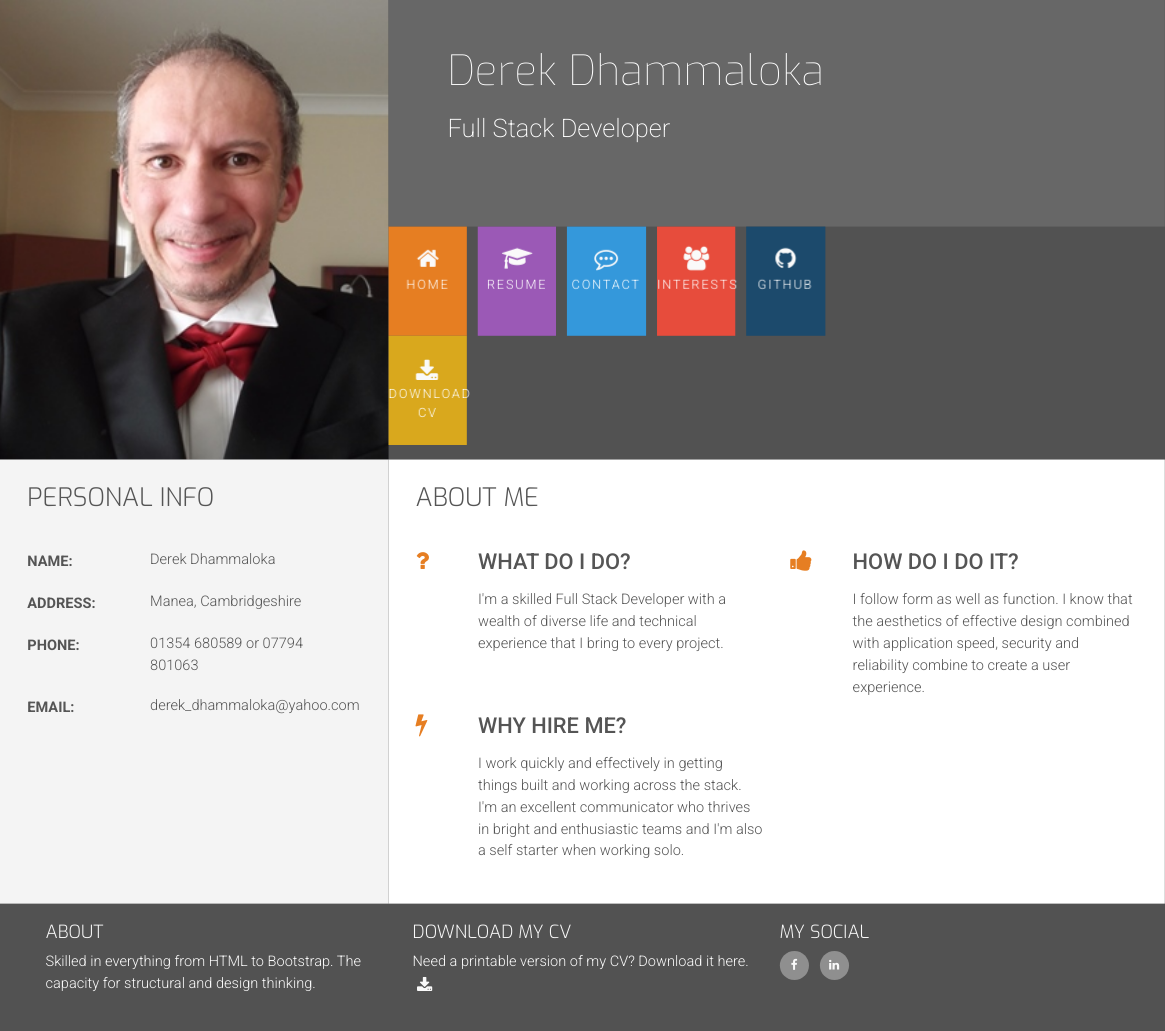
Repository: derektypist/derek-dhammaloka-cv
Page: index.html
The author's editor kept a record of every edit. The page is drawn from the files as they stood at one moment, then again after the next edit.
The browser window is 1280 px wide. The pictures show the whole page, at 91% of full size.
Some web libraries are served in a nearby version.

Above is the page before.

After the next edit:
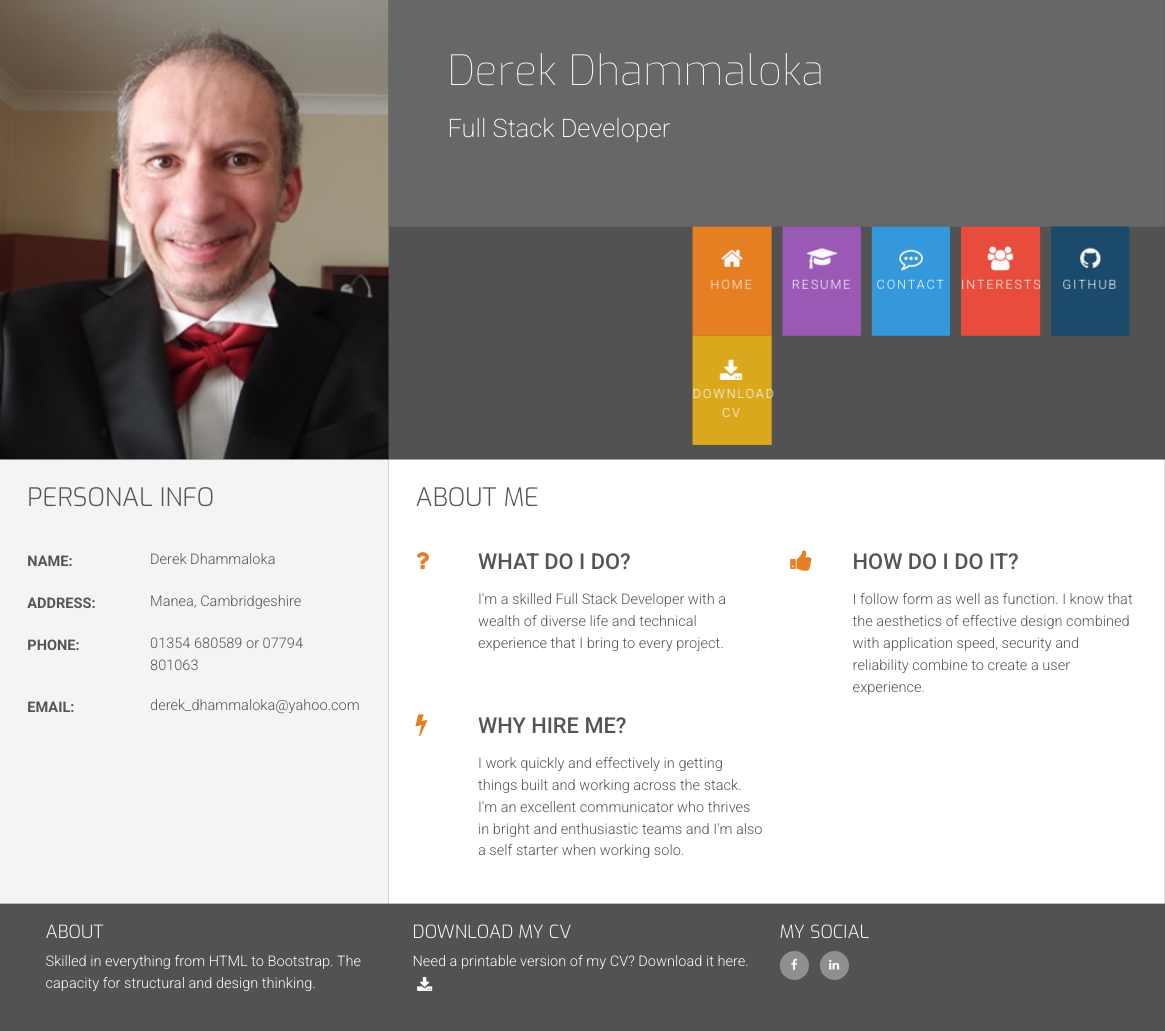
The edit:
--- a/index.html
+++ b/index.html
@@ -25,8 +25,9 @@
                     </div>
 
                     <div class="row">
-
-                        <ul class="list-inline clearfix">
+                        <div class="col"></div>
+
+                        <ul class="list-inline">
 
                             <li class="col-xs-6 col-sm-2 ui-menu-color-home menuitem list-inline-item">
 
